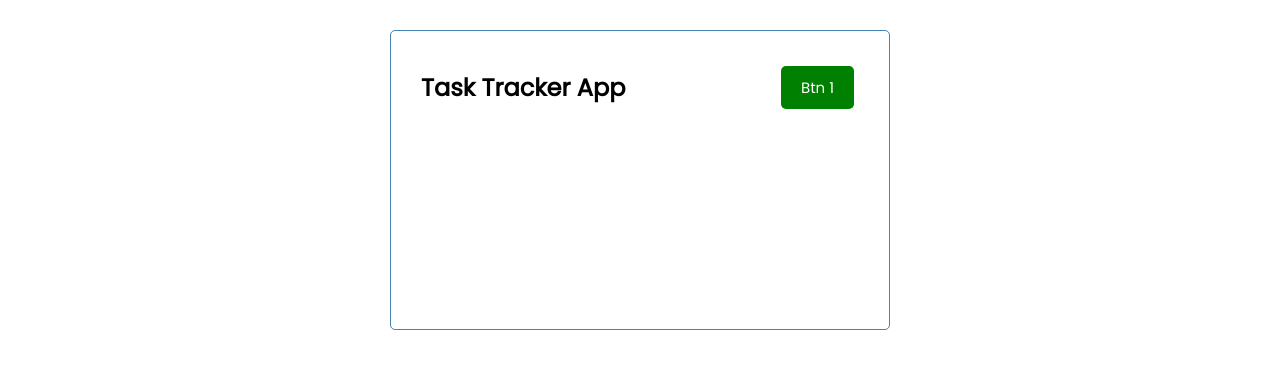
Repository: feyroozecode/task_tracker
Page: /
The author's editor kept a copy of each file at every save. The page is drawn from the files as they stood at one save, then again after a run of saves.
The browser window is 1280 px wide. The pictures show the whole page.
The project was rebuilt for these pictures with package versions that can differ from the ones it lists, and the page was loaded fresh each time.

Above is the page before, as saved 2023-10-19 16:57:36.

After the next 2 saves:
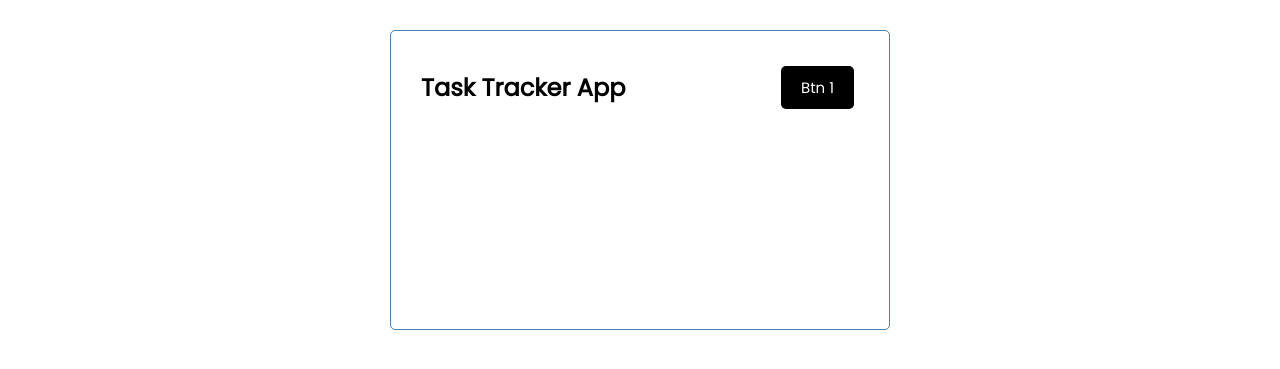
The 2 saves are shown as one change because they came seconds apart.
The last was saved 9 s later.
--- a/src/components/Header.js
+++ b/src/components/Header.js
@@ -5,7 +5,7 @@ const Header = ({ title }) => {
     return (
         <header className='header'>
             <h2 > { title } </h2>
-            <AddButton color='green' text='Btn 1' />
+            <AddButton text='Btn 1' />
 
         </header>
     )
